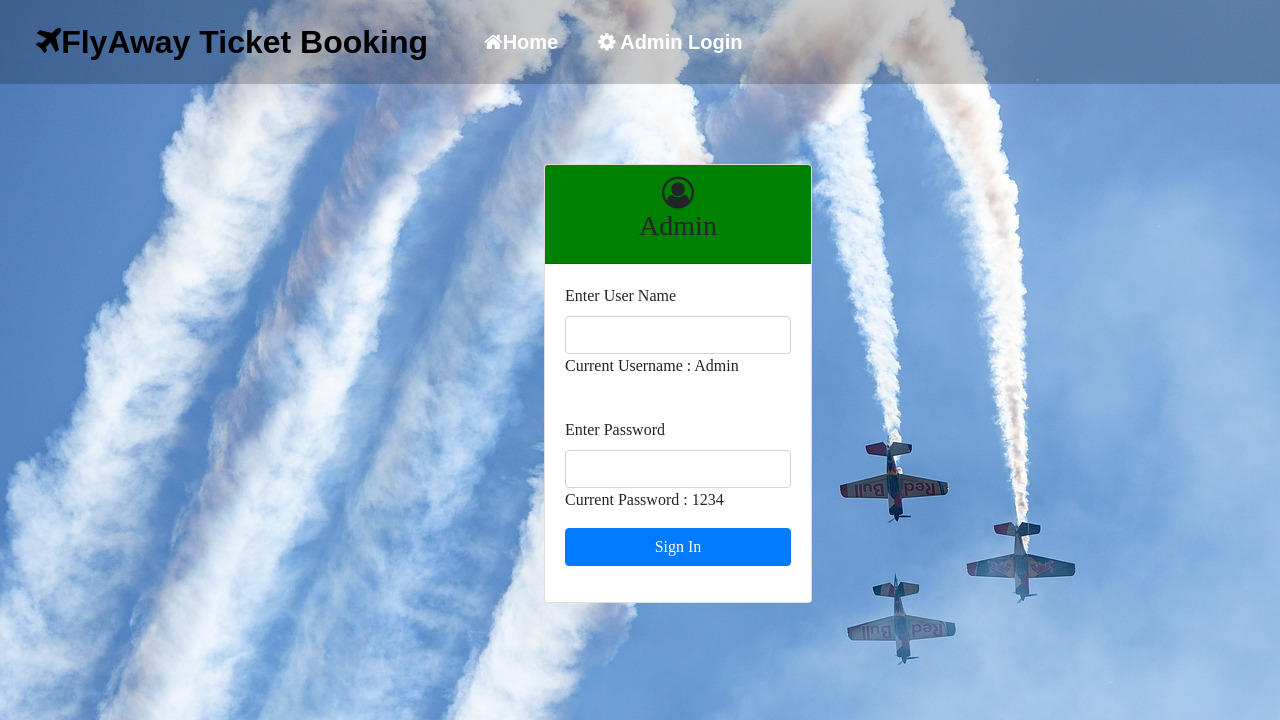
Repository: sayrabano/Phase2-project
Page: http://localhost/FlyAway/Login.jsp
The author's editor kept a copy of each file at every save. The page is drawn from the files as they stood at one save, then again after the next save.
The browser window is 1280 px wide. The pictures show the whole page.
Some web fonts or font styles are not loaded; a fallback is used. The page is served by Tomcat 9. Other server files are loaded and not shown.

Above is the page before, as saved 2021-09-26 18:51:16.

### FlyAway/src/main/webapp/Login.jsp
<%@page import="com.flyaway.LogIn" %>


<html lang="en">
<head>

<title>Welcome to FlyAway</title>

<%@include file="allcss.jsp" %>
<link rel="stylesheet" href="CSS/Style4.css" />


</head>
<body>


	<nav class="navbar navbar-expand-lg navbar-light bg-custom" id="navbar">





		<a class="navbar-brand" id="tag"><i class="fa fa-plane" aria-hidden="true"></i>FlyAway Ticket Booking</a>


		<div class="collapse navbar-collapse" id="navbarSupportedContent">
			<ul class="navbar-nav mr-auto">

				<li class="nav-item"><a class="nav-link" href="Home.jsp">
						<i class="fa fa-home" aria-hidden="true"></i>Home </a></li>
				<li class="nav-item"><a href="Login.jsp" class="nav-link"><i
						class="fa fa-gear"></i> Admin Login</a></li>




			</ul>




		</div>

	</nav>



	<div class="contain">
		<div class="raw -">
			<div class="col-md-4-oofset-md-4">
				<div class="card">
					<div class="card-header text-center c-head" id="head">
						<i class="fa fa-user-circle-o fa-2x"></i>
						<h3>Admin</h3>
					</div>
					<div class="card-body">
						<form action="login" method="post">

							<div class="form-group">
								<label for="exampleInputusername">Enter User Name</label> <input
									type="text"  name="user_name" class="form-control" id="exampleInputusername"
									aria-describedby="usernamelHelp">
									<span>Current Username : <%=LogIn.username %></span><br><br>

							</div>
							<div class="form-group">
								<label for="exampleInputPassword1">Enter Password</label> <input

									type="password" name="user_password" class="form-control" id="exampleInputPassword1">
									<span>Current Password : <%=LogIn.password %></span><br>


							</div>

							<button type="submit" class="btn btn-primary btn-block badge--pill">Sign In</button>
						</form>

					</div>
				</div>



			</div>



		</div>


	</div>









</body>

</html>

### FlyAway/src/main/webapp/allcss.jsp



	<!-- Required meta tags -->
<meta charset="utf-8">
<meta name="viewport"
	content="width=device-width, initial-scale=1, shrink-to-fit=no">

<link rel="stylesheet"
	href="https://cdnjs.cloudflare.com/ajax/libs/font-awesome/4.7.0/css/font-awesome.min.css">
<!-- Required meta tags -->
<meta charset="utf-8">
<meta name="viewport"
	content="width=device-width, initial-scale=1, shrink-to-fit=no">

<!-- Bootstrap CSS -->
<link rel="stylesheet"
	href="https://maxcdn.bootstrapcdn.com/bootstrap/4.0.0/css/bootstrap.min.css"
	integrity="sha384-Gn5384xqQ1aoWXA+058RXPxPg6fy4IWvTNh0E263XmFcJlSAwiGgFAW/dAiS6JXm"
	crossorigin="anonymous">
<link rel="stylesheet"
	href="https://cdnjs.cloudflare.com/ajax/libs/font-awesome/4.7.0/css/font-awesome.min.css">
<link
	href="https://fonts.googleapis.com/css2?family=Baloo+Bhai+2:wght@500&display=swap"
	rel="stylesheet">
<link
	href="https://fonts.googleapis.com/css2?family=Ubuntu:ital,wght@1,700&display=swap"
	rel="stylesheet">

### FlyAway/src/main/webapp/CSS/Style4.css
@charset "ISO-8859-1";


body{
	background:url("../Images/flugshow-4414576_1280.jpg");
	background-size:cover;
	padding:0px;
	margin:0px;


}


#navbar{
background-color:rgba(0,0,0,.2);
font-family:'Ubuntu', sans-serif;

}


#navbar ul li a{
	color:white;

	font-size:20px;
	font-weight:bold;
	padding:15px 20px;

}
#navbar ul li a:hover{
	color:black;
	background-color:white;
	border-radius:18px;


}


#tag{
	font-size:2rem;
 color:black;
 font-weight:bold;


	float:right;
	padding: 10px 20px;

}
#gear{
	margin:2px;
	padding:10px;



}
#gear a:hover{



	background-color:white;


}



.span{
	font-size:5rem;
}



.card{
	position:absolute;

	display:inline-block;

	margin-left:34rem;
	margin-top:5rem;

	font-family: 'Baloo Bhai 2', cursive;
}
#head{
	background-color:green;

}

### FlyAway/src/main/webapp/navbar.jsp
<nav class="navbar navbar-expand-lg navbar-light bg-custom" id="navbar">





		<a class="navbar-brand" id="tag"><img src="Images/travel.png" class="img-fluid"  width="50px">FlyAway Ticket Booking</a>


		<div class="collapse navbar-collapse" id="navbarSupportedContent">
			<ul class="navbar-nav mr-auto">
				<li class="nav-item"><a class="nav-link" href="Home.jsp">
						<i class="fa fa-home" aria-hidden="true"></i>Home </a></li>

				<li class="nav-item"><a href="Login.jsp" class="nav-link"><i
						class="fa fa-gear"></i> Admin Login</a></li>




			</ul>




		</div>

	</nav>

After the next save:
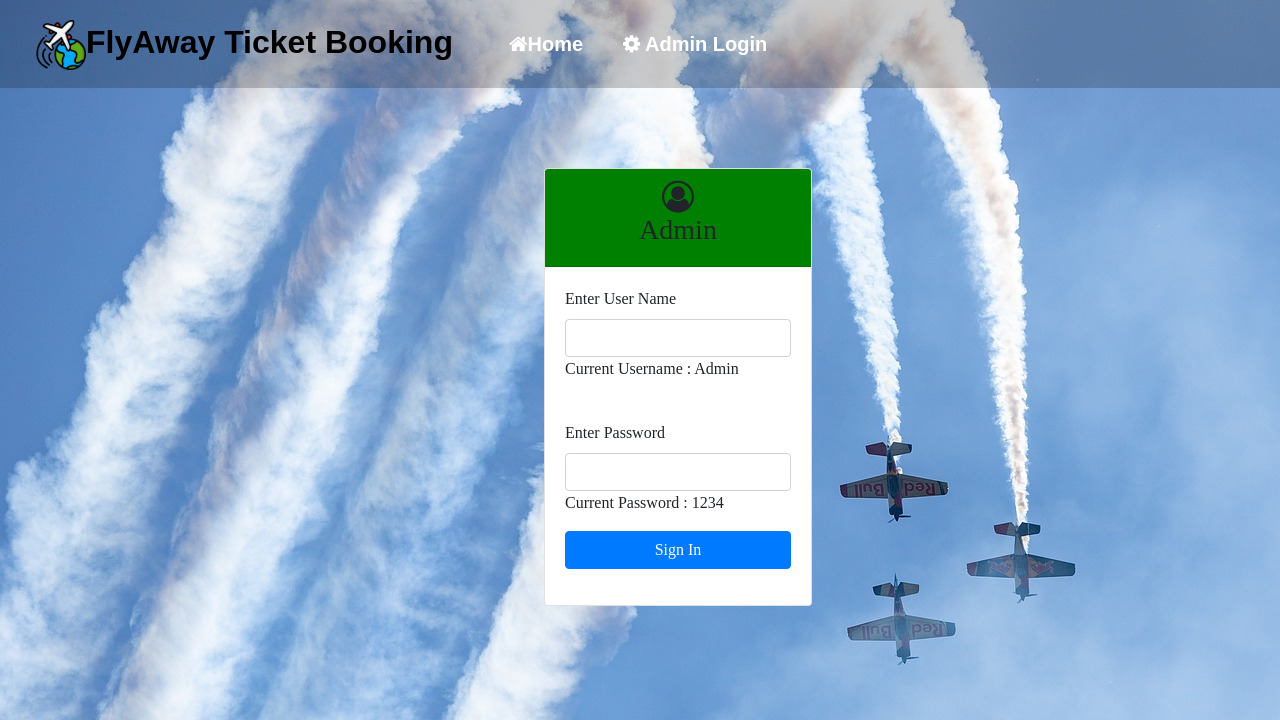
Saved 59 s later.
--- a/FlyAway/src/main/webapp/Login.jsp
+++ b/FlyAway/src/main/webapp/Login.jsp
@@ -13,35 +13,7 @@
 </head>
 <body>
 
-
-	<nav class="navbar navbar-expand-lg navbar-light bg-custom" id="navbar">
-
-
-
-
-
-		<a class="navbar-brand" id="tag"><i class="fa fa-plane" aria-hidden="true"></i>FlyAway Ticket Booking</a>
-
-
-		<div class="collapse navbar-collapse" id="navbarSupportedContent">
-			<ul class="navbar-nav mr-auto">
-
-				<li class="nav-item"><a class="nav-link" href="Home.jsp">
-						<i class="fa fa-home" aria-hidden="true"></i>Home </a></li>
-				<li class="nav-item"><a href="Login.jsp" class="nav-link"><i
-						class="fa fa-gear"></i> Admin Login</a></li>
-
-
-
-
-			</ul>
-
-
-
-
-		</div>
-
-	</nav>
+<%@ include file="navbar.jsp" %>
 
 
 
